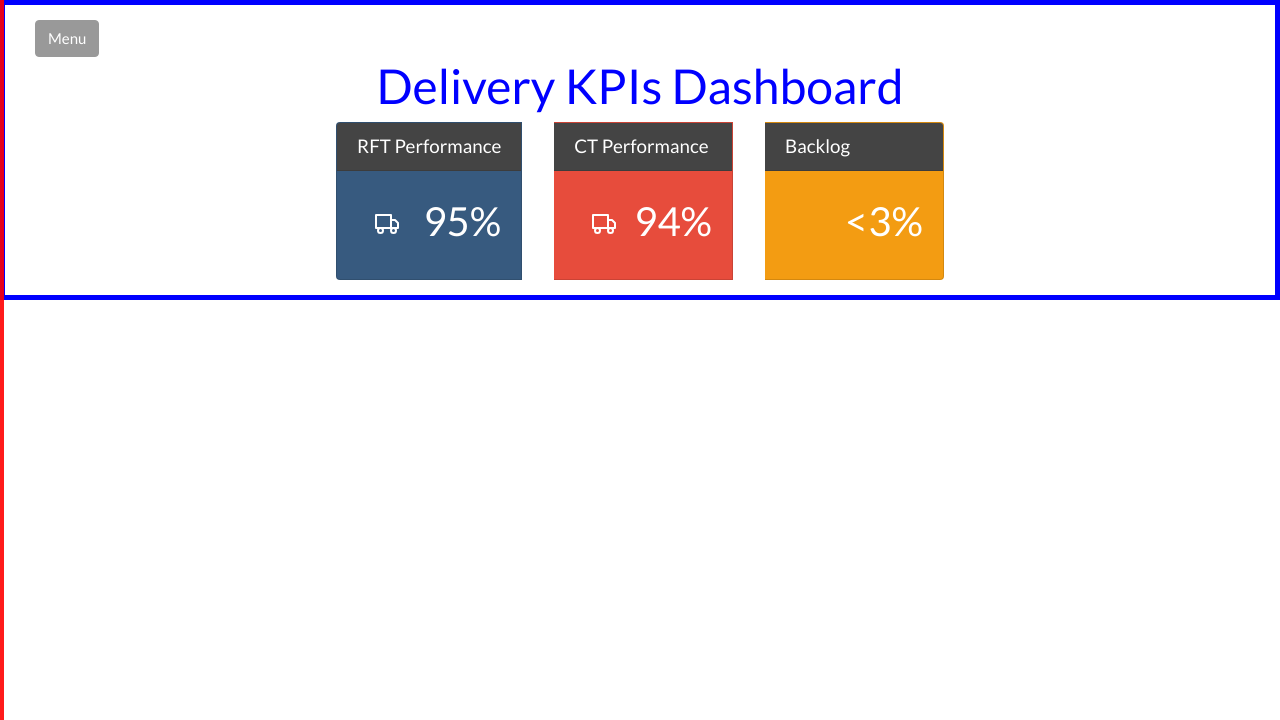
Repository: valenovi76/Delivery-Dashboard
Page: Index.html
The author's editor kept a record of every edit. The page is drawn from the files as they stood at one moment, then again after the next edit.
The browser window is 1280 px wide. The pictures show the whole page.
Some icons come from a web library that is not loaded, so they are not drawn. Some web libraries are served in a nearby version.

Above is the page before.
Console error: TypeError: Cannot read properties of null (reading 'textContent')

### Index.html
<!DOCTYPE html>
<html lang="en">

<head>
    <meta charset="UTF-8">
    <meta name="viewport" content="width=device-width, initial-scale=1.0">
    <meta http-equiv="X-UA-Compatible" content="ie=edge">

    <link rel="stylesheet" href="static/css/bootstrap.min.css" type="text/css" />
    <link rel="stylesheet" href="static/css/dc.min.css" type="text/css" />
    <link href="vendor/fontawesome-free/css/all.min.css" rel="stylesheet" type="text/css">
    <script type="text/javascript" src="static/js/d3.min.js"></script>
    <script type="text/javascript" src="static/js/crossfilter.min.js"></script>
    <script type="text/javascript" src="static/js/dc.min.js"></script>
    <script type="text/javascript" src="static/js/queue.min.js"></script>
    <script type="text/javascript" src="static/js/graphs.js"></script>
    <script src="https://ajax.googleapis.com/ajax/libs/jquery/1.11.3/jquery.min.js"></script>
    <script src="http://maxcdn.bootstrapcdn.com/bootstrap/3.3.4/js/bootstrap.min.js"></script>
    <link rel="stylesheet" href="static/css/style.css" type="text/css" />
    <title>Daily Delivery Dashboard</title>

</head>

<body>

    <div id="wrapper">

        <!-- Sidebar -->
        <div id="sidebar-wrapper">
            <ul class="sidebar-nav">
                <li><a href="#">RFT Performance</a></li>
                <li><a href="#">CT Performance</a></li>
                <li><a href="#">Backlog</a></li>
                <li><a href="#">Data Tables Downloads</a></li>
            </ul>
        </div>

        <!-- Page content -->
        <div id="page-content-wrapper">
            <div class="container-fluid">
                <div class="row">
                    <div class="header ">

                    </div>
                </div>
                <div class="row">
                    <div class="col-lg-12">
                        <a href="#" class="btn btn-light" id="menu-toggle">Menu</a>
                        <h1>Delivery KPIs Dashboard</h1>
                        <div class="row">
                            <div class="card-group mx-auto">
                                <div class="card flex-fill bg-primary text-white mx-3">
                                    <div class="card-header">
                                        <h5 class="card-title text-white mb-0">RFT Performance</h5>
                                    </div>
                                    <div class="card-body py-3">
                                        <div class="row no-gutters">
                                            <div class="col-4 align-self-center text-left">
                                                <div class="icon icon-primary">
                                                    <svg xmlns="http://www.w3.org/2000/svg" width="24" height="24" viewBox="0 0 24 24" fill="none" stroke="currentColor" stroke-width="2" stroke-linecap="round" stroke-linejoin="round" class="feather feather-truck align-middle">
                                                        <rect x="1" y="3" width="15" height="13"></rect>
                                                        <polygon points="16 8 20 8 23 11 23 16 16 16 16 8"></polygon>
                                                        <circle cx="5.5" cy="18.5" r="2.5"></circle>
                                                        <circle cx="18.5" cy="18.5" r="2.5"></circle>
                                                    </svg>
                                                </div>
                                            </div>
                                            <div class="col-8 align-self-center text-right">

                                                <h2 class="text-white">95%</h2>
                                            </div>
                                        </div>
                                    </div>
                                </div>
                                <div class="card flex-fill bg-danger text-white mx-3">
                                    <div class="card-header">
                                        <h5 class="card-title text-white mb-0">CT Performance</h5>
                                    </div>
                                    <div class="card-body py-3">
                                        <div class="row no-gutters">
                                            <div class="col-4 align-self-center text-left">
                                                <div class="icon icon-primary">
                                                    <svg xmlns="http://www.w3.org/2000/svg" width="24" height="24" viewBox="0 0 24 24" fill="none" stroke="currentColor" stroke-width="2" stroke-linecap="round" stroke-linejoin="round" class="feather feather-truck align-middle">
                                                        <rect x="1" y="3" width="15" height="13"></rect>
                                                        <polygon points="16 8 20 8 23 11 23 16 16 16 16 8"></polygon>
                                                        <circle cx="5.5" cy="18.5" r="2.5"></circle>
                                                        <circle cx="18.5" cy="18.5" r="2.5"></circle>
                                                    </svg>
                                                </div>
                                            </div>
                                            <div class="col-8 align-self-center text-right">
                                                <h2 class="text-white">94%</h2>
                                            </div>
                                        </div>
                                    </div>
                                </div>
                                <div class="card flex-fill bg-warning text-white mx-3">
                                    <div class="card-header">
                                        <h5 class="card-title text-white mb-0">Backlog</h5>
                                    </div>
                                    <div class="card-body py-3">
                                        <div class="row no-gutters">
                                            <div class="col-4 align-self-center text-left">
                                                <div class="icon icon-primary">
                                                    <i class="far fa-check-square"></i>
                                                </div>
                                            </div>
                                            <div class="col-8 align-self-center text-right">
                                                <h2 class="text-white"> <3% </h2>
                                            </div>
                                        </div>
                                    </div>
                                </div </div>
                            </div>
                        </div>
                    </div>
                </div>
            </div>

        </div>

        <!-- Menu toggle script -->
        <script>
            $("#menu-toggle").click(function(e) {
                e.preventDefault();
                $("#wrapper").toggleClass("menuDisplayed");
            });
        </script>

</body>

</html>

### static/js/graphs.js
//load data
queue()
.defer(d3.csv, "/data/orders.csv")
.await(makeGraphs);


// Make graphs function
function makeGraphs(error, orderData) {

    var ndx = crossfilter(orderData);


orderData.forEach(function(d){
d.CT_Ex_Delayed_Days=parseInt(d.CT_Ex_Delayed_Days)})




    show_wip_group_selector(ndx);
    show_product_selector(ndx);
    show_project_selector(ndx);
    show_created(ndx);
    show_completed(ndx);
    show_order_order_type(ndx);
    show_ct_avg(ndx);
    show_SLT_perf(ndx);
    show_ontime_late(ndx);
    show_percent_RFT_OnTime(ndx);
    show_percent_CT_Pass(ndx);
    show_monthly_delivery(ndx);



    dc.renderAll();
}


//Selector js
function show_wip_group_selector(ndx){
    var dim = ndx.dimension(dc.pluck('Channel'));
    var group = dim.group();
    var select = dc.selectMenu("#wip_group_selector")
        .dimension(dim)
        .group(group);

}
function show_product_selector(ndx){
    var dim = ndx.dimension(dc.pluck('Product'));
    var group = dim.group();
    var select = dc.selectMenu("#product_selector")
        .dimension(dim)
        .group(group);

}
function show_project_selector(ndx){
    var dim=ndx.dimension(dc.pluck('Project'));
    var group= dim.group();
    var select = dc.selectMenu("#project_selector")
        .dimension(dim)
        .group(group);

}

// KPIS values -RFT %

function show_percent_RFT_OnTime(ndx) {
    var percentageThatAreOnTime = ndx.groupAll().reduce(
        function(p, v) {
            p.total++;
                if(v.On_Time === "On-Time") {
                    p.match++;
                }
                return p;
            },
            function (p, v) {
                p.total--;
                if(v.On_Time === "On-Time") {
                    p.match--;
                }
                return p;
            },
            function () {
                return {total: 0, match: 0};
            }
    );

    dc.numberDisplay("#RFTPerc")
        .formatNumber(d3.format(".1%"))
        .valueAccessor(function (d) {
            if (d.count == 0) {
                return 0;
            } else {
                return ( d.match/d.total );
            }
        })
        .group(percentageThatAreOnTime)
}

// KPIS values - CT %

function show_percent_CT_Pass(ndx) {
    var percentageThatArePassed = ndx.groupAll().reduce(
        function(p, v) {
            p.total++;
                if(v.SLT_Status === "Pass") {
                    p.match++;
                }
                return p;
            },
            function (p, v) {
                p.total--;
                if(v.SLT_Status === "Pass") {
                    p.match--;
                }
                return p;
            },
            function () {
                return {total: 0, match: 0};
            }
    );

    dc.numberDisplay("#CTPerc")
        .formatNumber(d3.format(".1%"))
        .valueAccessor(function (d) {
            if (d.count == 0) {
                return 0;
            } else {
                return ( d.match/d.total );
            }
        })
        .group(percentageThatArePassed)
}

//KPIS values - Monthly deliveries
function show_monthly_delivery(ndx){
    var avgMonthlyDeliveries = ndx.groupAll().reduce(
        function(p, v) {
            p.total++;
                if(v.Order_Status === "Completed") {
                    p.match++;
                }
                return p;
            },
            function (p, v) {
                p.total--;
                if(v.Order_Status === "Completed") {
                    p.match--;
                }
                return p;
            },
            function () {
                return {total: 0, match: 0};
            }
    );

    dc.numberDisplay("#avg_monthly_delivery")
        .formatNumber(d3.format(".1f"))
        .valueAccessor(function (d) {
            if (d.total == 0) {
                return 0;
            } else {
                return ( d.match/6 );
            }
        })
        .group(avgMonthlyDeliveries)
}


//created line js
function show_created(ndx) {
var dim = ndx.dimension(dc.pluck('Created_Month'));
var group =dim.group();

dc.lineChart("#created")
.width(400)
.height(300)
.margins({top: 30, right: 40, bottom: 50, left: 50})
.dimension(dim)
.group(group)
.transitionDuration(500)
.x(d3.scale.ordinal())
.xUnits(dc.units.ordinal)
.elasticY(true)
.xAxisLabel("FY 2019-2020 Month")
.yAxis().ticks(20);
 }

//completed line js
function show_completed(ndx) {
var dim = ndx.dimension(dc.pluck('Completed_Month'));
var group = dim.group();

dc.lineChart("#completed")

.width(400)
.height(300)
.margins({top: 30, right: 40, bottom: 50, left: 50})
.dimension(dim)
.group(group)
.transitionDuration(500)
.x(d3.scale.ordinal())
.xUnits(dc.units.ordinal)
.elasticY(true)
.xAxisLabel("FY 2019-2020 Month")
.yAxis().ticks(20);
 }

//WIP pie js
function show_order_order_type(ndx) {
    var dim = ndx.dimension(dc.pluck('Order_Type'));
    var group = dim.group();


    dc.pieChart("#order_type")

        .width(400)
        .height(300)
        .slicesCap(4)
        .innerRadius(100)
        .dimension(dim)
        .group(group)
        .legend(dc.legend())

}
//CT Avg line js
function show_ct_avg(ndx){
var dim = ndx.dimension(dc.pluck("Completed_Month"));

function add_item(p,v){
p.count ++;
p.total += v.CT_Ex_Delayed_Days;
p.average = p.total/p.count;
return p;
}
function remove_item(p,v){
p.count--;
if(p.count==0){
p.total=0;
p.average=0;}else{
p.total -= v.CT_Ex_Delayed_Days;
p.average = p.total/p.count;
}
return p;
}
function initialise(){
    return{count:0, total:0, average:0};
}


var group= dim.group().reduce(add_item,remove_item,initialise);


dc.lineChart("#ct_avg")
.width(400)
.height(300)
.margins({top: 10, right: 50, bottom: 30, left: 50})
.dimension(dim)
.group(group)
.valueAccessor(function(d){
return d.value.average})
.transitionDuration(500)
.x(d3.scale.ordinal())
.xUnits(dc.units.ordinal)
.elasticY(true)
.xAxisLabel("FY 2019-2020 Month")
.yAxis().ticks(20);

}
//CT perf js
function show_SLT_perf(ndx){

    function SLTPerfByMonth(dimension, SLT_Status) {
        return dimension.group().reduce(
            function (p, v) {
                p.total++;
                if(v.SLT_Status == SLT_Status) {
                    p.match++;
                }
                return p;
            },
            function (p, v) {
                p.total--;
                if(v.SLT_Status == SLT_Status) {
                    p.match--;
                }
                return p;
            },
            function () {
                return {total: 0, match: 0};
            }
        );
    }

    var dim = ndx.dimension(dc.pluck("Completed_Month"));
    var PassByMonth = SLTPerfByMonth(dim, "Pass");
    var FailByMonth = SLTPerfByMonth(dim, "Fail");

    dc.barChart("#ct_perf")
        .width(400)
        .height(300)
        .dimension(dim)
        .group(PassByMonth, "Pass")
        .stack(FailByMonth, "Fail")
        .valueAccessor(function(d) {
            if(d.value.total > 0) {
                return (d.value.match / d.value.total) * 100;
            } else {
                return 0;
            }
        })
        .x(d3.scale.ordinal())
        .xUnits(dc.units.ordinal)
        .legend(dc.legend().x(320).y(20).itemHeight(15).gap(5))
        .margins({top: 10, right: 100, bottom: 30, left: 30});
}

  //On time vs Late stacked-bars graph

   function show_ontime_late(ndx) {

    function RFTPerfByMonth(dimension, On_Time) {
        return dimension.group().reduce(
            function (p, v) {
                p.total++;
                if(v.On_Time == On_Time) {
                    p.match++;
                }
                return p;
            },
            function (p, v) {
                p.total--;
                if(v.On_Time == On_Time) {
                    p.match--;
                }
                return p;
            },
            function () {
                return {total: 0, match: 0};
            }
        );
    }

    var dim = ndx.dimension(dc.pluck("Completed_Month"));
    var OnTimeByMonth = RFTPerfByMonth(dim, "On-Time");
    var LateByMonth = RFTPerfByMonth(dim, "Late");

    dc.barChart("#ontime_perf")
        .width(400)
        .height(300)
        .dimension(dim)
        .group(OnTimeByMonth, "On-Time")
        .stack(LateByMonth, "Late")
        .valueAccessor(function(d) {
            if(d.value.total > 0) {
                return (d.value.match / d.value.total) * 100;
            } else {
                return 0;
            }
        })
        .x(d3.scale.ordinal())
        .xUnits(dc.units.ordinal)
        .legend(dc.legend().x(320).y(20).itemHeight(15).gap(5))
        .margins({top: 10, right: 100, bottom: 30, left: 30});
   }

### static/css/style.css
/*Body*/
.page-content-wrapper{
    background-color: white;
}

/*Header*/

.kpis{
    margin-bottom: 20px;
    margin-top: 20px;
}

h1{
    color:blue;
    text-align: center;
}

.page-header{
    margin:20px;
}
/* Sidebar */
#sidebar-wrapper {
    z-index: 1;
    position: absolute;
    width: 0;
    height: 100%;
    overflow-y: hidden;
    background: #2C3E50;
    border: 2px solid red;
    opacity: 0.9;
}

/* Always take up entire screen */
#page-content-wrapper {
    width: 100%;
    position: absolute;
    padding: 15px;
    border: 5px solid blue;
}


/* Change with of sidebar from 0 to 250px */
#wrapper.menuDisplayed #sidebar-wrapper {
    width: 250px;
}

/* Since we added left padding, we need to shrink the width by 250px */
#wrapper.menuDisplayed #page-content-wrapper {
    padding-left: 250px;
}


/* Sidebar styling - the entire ul list */
.sidebar-nav {
    padding: 0;
    list-style: none;
}

.sidebar-nav li {
    text-indent: 20px;
    line-height: 40px;
}

.sidebar-nav li a {
    display: block;
    text-decoration: none;
    color: #ddd;
}

.sidebar-nav li a:hover {
    background: #16A085;
}

/*Header*/

/*Cards style*/
.card{
    display:block;
}

.icon {
    width: 60px !important;
    height: 60px !important;
    line-height: 52px;
    text-align: center;
    font-size: 2rem;
    margin: .5rem 0;
}

Loaded but not shown: static/css/bootstrap.min.css (library); static/css/dc.min.css (library); static/js/d3.min.js (library); static/js/crossfilter.min.js (library); static/js/dc.min.js (library); static/js/queue.min.js (common file)

After the next edit:
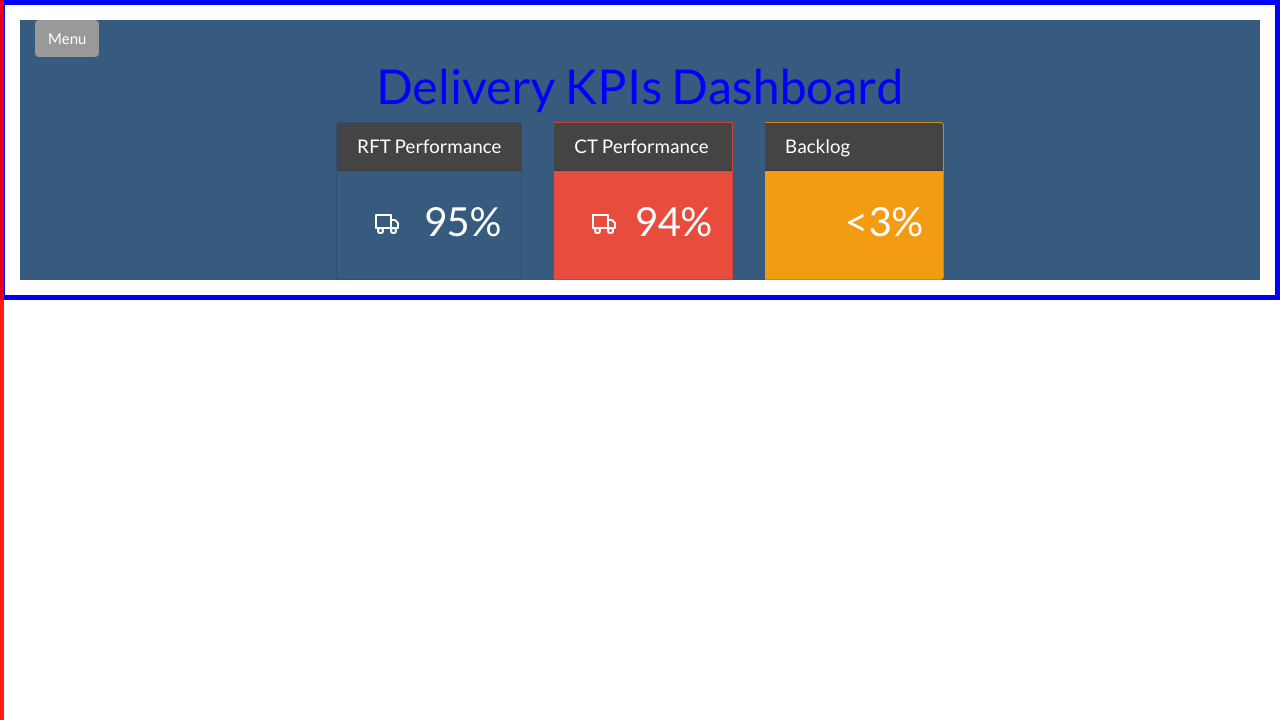
The edit:
--- a/Index.html
+++ b/Index.html
@@ -38,13 +38,9 @@
         <!-- Page content -->
         <div id="page-content-wrapper">
             <div class="container-fluid">
-                <div class="row">
-                    <div class="header ">
 
-                    </div>
-                </div>
-                <div class="row">
-                    <div class="col-lg-12">
+                <div class="row bg-primary">
+                    <div class="col-lg-12 ">
                         <a href="#" class="btn btn-light" id="menu-toggle">Menu</a>
                         <h1>Delivery KPIs Dashboard</h1>
                         <div class="row">
